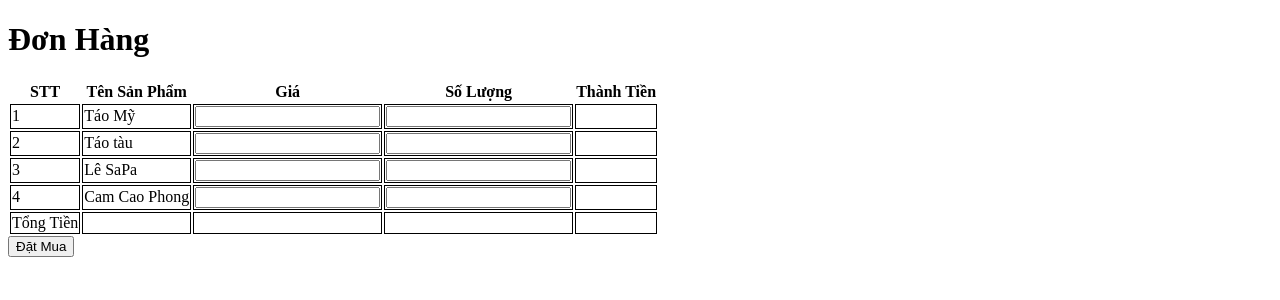
Repository: tienaq123/DuAn_1
Page: abc.html
An editor plug-in stored every save of this project. The page is shown before and after the next save, followed by the edit.
The browser window is 1280 px wide. The pictures show the whole page.

Above is the page before, as saved 2023-07-23 12:04:29.

### abc.html
<!DOCTYPE html>
<html lang="en">

<head>
    <meta charset="UTF-8">
    <meta http-equiv="X-UA-Compatible" content="IE=edge">
    <meta name="viewport" content="width=device-width, initial-scale=1.0">
    <title>Document</title>
    <style>
        .body {
            width: 1200px;
            margin: auto;
        }

        td {
            border: 1px solid black;
        }
    </style>
</head>

<body>
    <div class="container">
        <h1>Đơn Hàng</h1>
        <form action="" name="frmDonHang" onsubmit="return validate()">
            <table>
                <tr>
                    <th>STT</th>
                    <th>Tên Sản Phẩm</th>
                    <th>Giá</th>
                    <th>Số Lượng</th>
                    <th>Thành Tiền</th>
                </tr>
                <tr>
                    <td>1</td>
                    <td>Táo Mỹ</td>
                    <td><input type="number" class="txtGia" min="0"></td>
                    <td><input type="number" class="txtSL" id="" min="0"></td>
                    <td><span class="thanhTien"></span></td>
                </tr>
                <tr>
                    <td>2</td>
                    <td>Táo tàu</td>
                    <td><input type="number" class="txtGia" min="0"></td>
                    <td><input type="number" class="txtSL" id="" min="0"></td>
                    <td><span class="thanhTien"></span></td>
                </tr>
                <tr>
                    <td>3</td>
                    <td>Lê SaPa</td>
                    <td><input type="number" class="txtGia" min="0"></td>
                    <td><input type="number" class="txtSL" id="" min="0"></td>
                    <td><span class="thanhTien"></span></td>
                </tr>
                <tr>
                    <td>4</td>
                    <td>Cam Cao Phong</td>
                    <td><input type="number" class="txtGia" min="0"></td>
                    <td><input type="number" class="txtSL" id="" min="0"></td>
                    <td><span class="thanhTien"></span></td>
                </tr>
                <tr>
                    <td>Tổng Tiền</td>
                    <td></td>
                    <td></td>
                    <td></td>
                    <td><span class="tongTien"></span></td>
                </tr>
            </table>
            <button>Đặt Mua</button>
        </form>
        <script>
            var txtGia = document.querySelectorAll(".txtGia");
            var txtSL = document.querySelectorAll(".txtSL");
            txtGia.forEach(function (item) {
                item.onchange = function () {
                    let gia = item.value;
                    let sl = item.parentNode.parentNode.querySelector(".txtSL").value;
                    item.parentNode.parentNode.querySelector(".thanhTien").innerHTML = sl * gia;
                    tinhTongtien();
                }
            })
            txtSL.forEach(function (item) {
                item.onchange = function () {
                    let sl = item.value;
                    let gia = item.parentNode.parentNode.querySelector(".txtGia").value;
                    item.parentNode.parentNode.querySelector(".thanhTien").innerHTML = sl * gia;
                    tinhTongtien();
                }
            })

            function tinhTongtien() {
                var tongTien = document.querySelector(".tongTien");
                var thanhTien = document.querySelectorAll(".thanhTien");
                var tong = 0;
                for (let i = 0; i < thanhTien.length; i++) {
                    tong += Number(thanhTien[i].innerHTML);
                }
                tongTien.innerHTML = tong;
            }
        </script>
    </div>
</body>

</html>

After the next save:
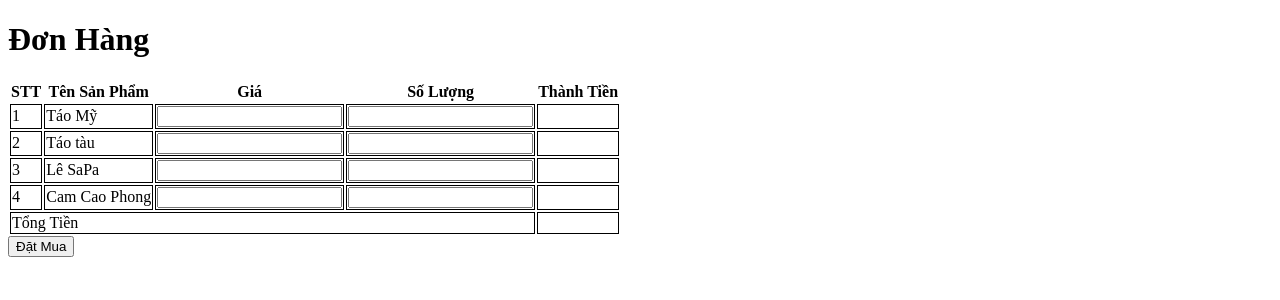
Saved 2 min 16 s later.
--- a/abc.html
+++ b/abc.html
@@ -58,11 +58,9 @@
                     <td><input type="number" class="txtSL" id="" min="0"></td>
                     <td><span class="thanhTien"></span></td>
                 </tr>
+                <!-- New row for the Total -->
                 <tr>
-                    <td>Tổng Tiền</td>
-                    <td></td>
-                    <td></td>
-                    <td></td>
+                    <td colspan="4">Tổng Tiền</td>
                     <td><span class="tongTien"></span></td>
                 </tr>
             </table>
